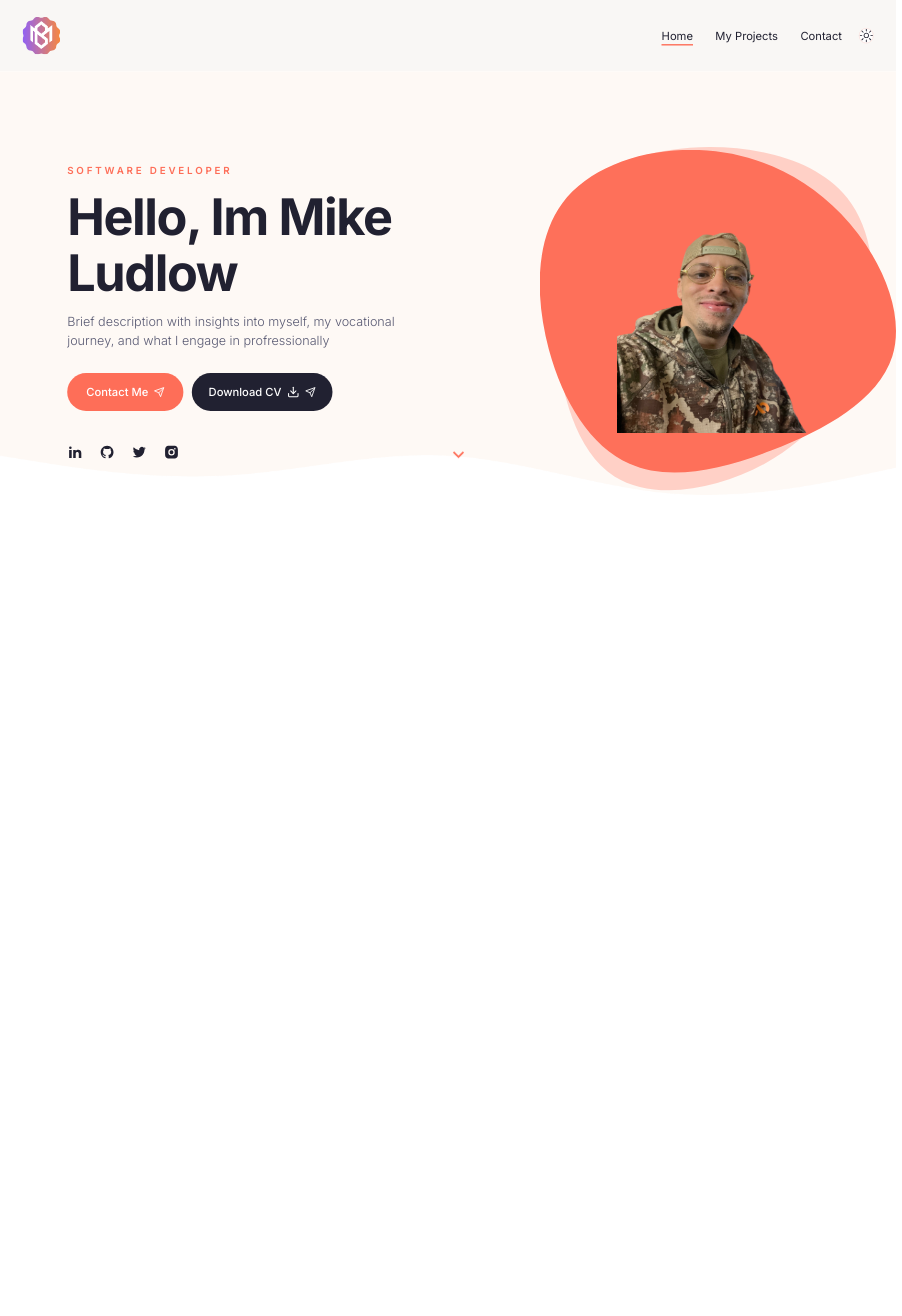
Repository: MikeeBuilds/mike-port
Page: /
An editor plug-in stored every save of this project. The page is shown before and after the next save, followed by the edit.
The browser window is 1280 px wide. The page is 1288 px wide, so the pictures cover 1288 px, including what lies to the right of the window. The pictures show the part of the page from y = 0 to 1880 px (the page is 4731 px tall), at 70% of full size.
The project was rebuilt for these pictures with package versions that can differ from the ones it lists, and the page was loaded fresh each time. The framework's server and built-in components were replaced by stand-ins that run in the browser. Also part of the build but not shown: next.config.js, components/Badge.jsx.

Above is the page before, as saved 2023-11-30 11:12:26.

After the next save:
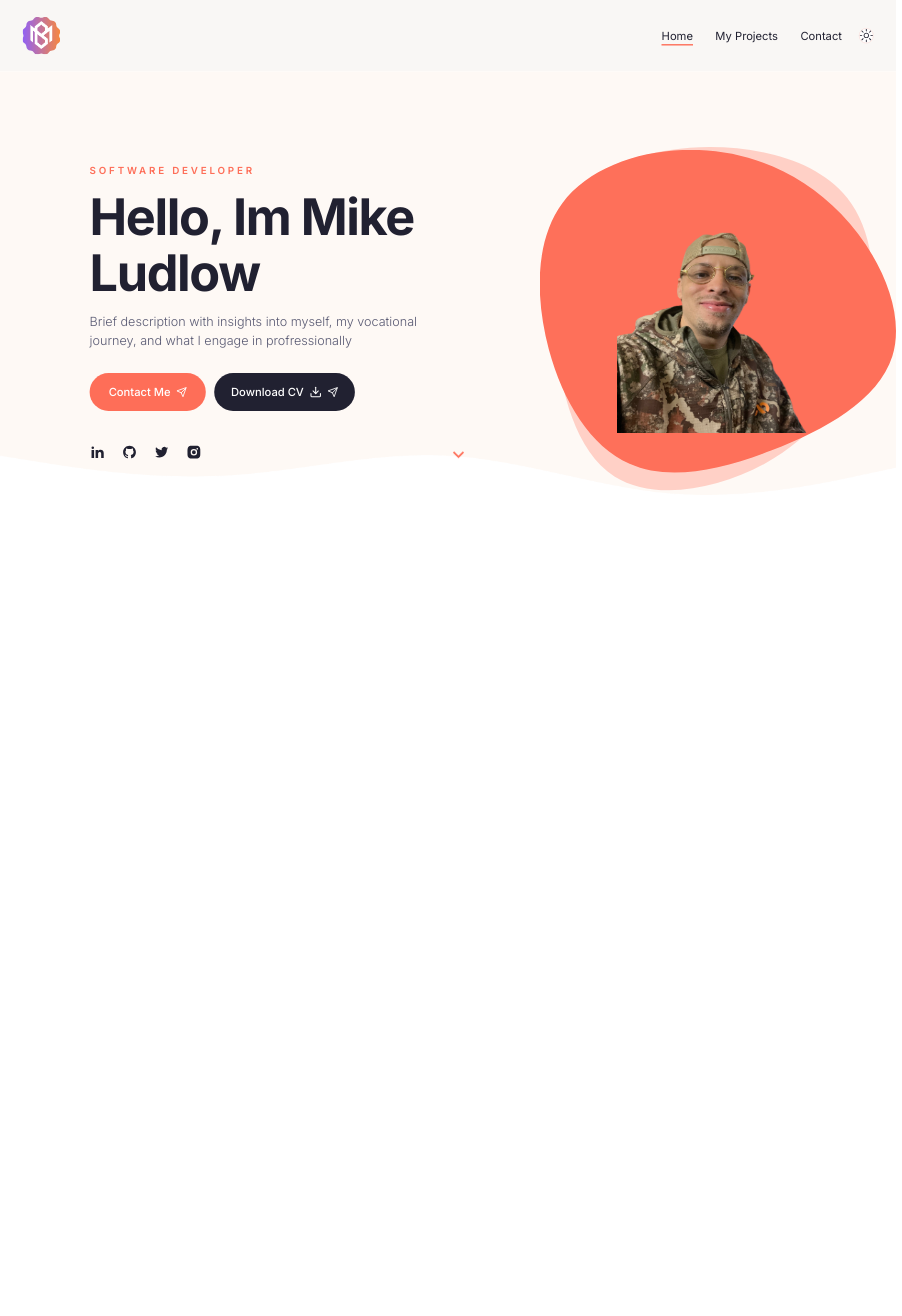
Saved 4 min 5 s later.
--- a/components/Hero.jsx
+++ b/components/Hero.jsx
@@ -19,7 +19,7 @@ const Hero = () => {
     <section className="py-12 xl:py-24 h-[84vh] xl:pt-28 bg-hero bg-no-repeat bg-bottom bg-cover dark:bg-none">
       <div className="flex justify-between gap-x-8">
         {/* text */}
-        <div className="flex max-w-[600px] flex-col justify-center mx-auto xl:mx-24 text-center xl:text-left">
+        <div className="flex max-w-[600px] flex-col justify-center mx-auto xl:mx-32 text-center xl:text-left">
           <div className="text-sm uppercase font-semibold mb-4 text-primary tracking-[4px]">
             Software Developer
           </div>
